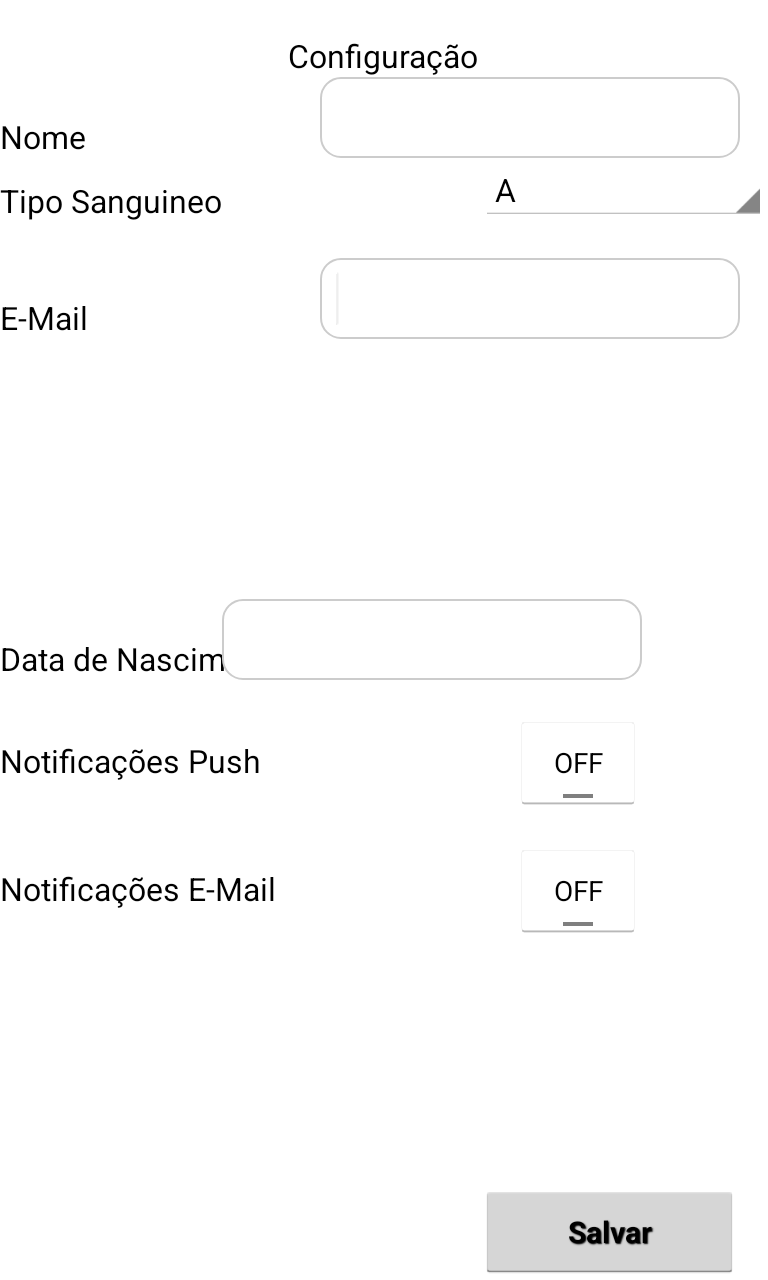
Repository: RafaDeschain/DoarSP
Layout: doarSP/res/layout/fragment_alterardados.xml
These files come from the project's save history. The layout is drawn as it stood at one moment and after the next save; the edit follows.
It is drawn on a 768 x 1280 px phone screen (xhdpi) without system bars, with theme AppTheme; the app's code is not run.

Above is the layout before, as saved 2014-04-21 18:39:43.

### doarSP/res/layout/fragment_alterardados.xml
<?xml version="1.0" encoding="utf-8"?>
<RelativeLayout xmlns:android="http://schemas.android.com/apk/res/android"
    android:layout_width="match_parent"
    android:layout_height="match_parent">

    <TextView
        android:id="@+id/textView1"
        android:layout_width="wrap_content"
        android:layout_height="wrap_content"
        android:layout_alignParentTop="true"
        android:layout_centerHorizontal="true"
        android:layout_marginTop="17dp"
        android:text="@string/configuracao" />

    <EditText
        android:id="@+id/editText1"
        android:layout_width="wrap_content"
        android:layout_height="wrap_content"
        android:layout_alignParentRight="true"
        android:layout_below="@+id/textView1"
        android:layout_marginRight="14dp"
        android:ems="10"
        android:inputType="textPersonName" />

    <TextView
        android:id="@+id/textView2"
        android:layout_width="wrap_content"
        android:layout_height="wrap_content"
        android:layout_alignBottom="@+id/editText1"
        android:layout_alignParentLeft="true"
        android:text="@string/nome" />

    <TextView
        android:id="@+id/textView3"
        android:layout_width="wrap_content"
        android:layout_height="wrap_content"
        android:layout_above="@+id/editText1"
        android:layout_alignParentLeft="true"
        android:layout_below="@+id/textView1"
        android:text="TextView" />

    <Spinner
        android:id="@+id/spinner1"
        android:layout_width="wrap_content"
        android:layout_height="wrap_content"
        android:layout_alignParentRight="true"
        android:layout_below="@+id/editText1"
        android:layout_toRightOf="@+id/textView1"
        android:entries="@array/tipos_Sanguineos"
        android:prompt="@string/sangue_prompt" />

    <TextView
        android:id="@+id/textView4"
        android:layout_width="wrap_content"
        android:layout_height="wrap_content"
        android:layout_alignBottom="@+id/spinner1"
        android:layout_alignParentLeft="true"
        android:text="@string/tpSanguineo" />

    <EditText
        android:id="@+id/editText2"
        android:layout_width="wrap_content"
        android:layout_height="wrap_content"
        android:layout_alignRight="@+id/editText1"
        android:layout_below="@+id/spinner1"
        android:layout_marginTop="18dp"
        android:ems="10"
        android:inputType="textEmailAddress" >

        <requestFocus />
    </EditText>

    <TextView
        android:id="@+id/textView5"
        android:layout_width="wrap_content"
        android:layout_height="wrap_content"
        android:layout_alignBottom="@+id/editText2"
        android:layout_alignParentLeft="true"
        android:text="@string/email" />

    <TextView
        android:id="@+id/textView6"
        android:layout_width="wrap_content"
        android:layout_height="wrap_content"
        android:layout_alignBottom="@+id/editText3"
        android:layout_alignParentLeft="true"
        android:text="@string/dataNascimento" />

    <ToggleButton
        android:id="@+id/toggleButton1"
        android:layout_width="wrap_content"
        android:layout_height="wrap_content"
        android:layout_alignRight="@+id/editText3"
        android:layout_below="@+id/editText3"
        android:layout_marginTop="17dp"
        android:text="ToggleButton" />

    <TextView
        android:id="@+id/textView7"
        android:layout_width="wrap_content"
        android:layout_height="wrap_content"
        android:layout_alignBaseline="@+id/toggleButton1"
        android:layout_alignBottom="@+id/toggleButton1"
        android:layout_alignParentLeft="true"
        android:text="@string/notificacoesPush" />

    <ToggleButton
        android:id="@+id/toggleButton2"
        android:layout_width="wrap_content"
        android:layout_height="wrap_content"
        android:layout_alignRight="@+id/toggleButton1"
        android:layout_below="@+id/toggleButton1"
        android:layout_marginTop="16dp"
        android:text="ToggleButton" />

    <TextView
        android:id="@+id/textView8"
        android:layout_width="wrap_content"
        android:layout_height="wrap_content"
        android:layout_alignBaseline="@+id/toggleButton2"
        android:layout_alignBottom="@+id/toggleButton2"
        android:layout_alignParentLeft="true"
        android:text="@string/NotificaoesEmail" />

    <EditText
        android:id="@+id/editText3"
        android:layout_width="wrap_content"
        android:layout_height="wrap_content"
        android:layout_centerVertical="true"
        android:layout_toRightOf="@+id/textView4"
        android:ems="10"
        android:inputType="date" />

    <Button
        android:id="@+id/button1"
        style="?android:attr/buttonStyleSmall"
        android:layout_width="wrap_content"
        android:layout_height="wrap_content"
        android:layout_alignParentBottom="true"
        android:layout_alignRight="@+id/editText2"
        android:layout_toRightOf="@+id/textView1"
        android:text="@string/salvar"
        android:onClick="onClickPostButton" />

</RelativeLayout>

### doarSP/res/drawable/styles_listview.xml
<?xml version="1.0" encoding="utf-8"?>
<shape xmlns:android="http://schemas.android.com/apk/res/android" >

    <corners android:radius="2dp" />
    <stroke
        android:width="1dp"
        android:color="#cccccc" />
    <solid
        android:color="#FFFFFF"/>
</shape>

### doarSP/res/drawable/styles_edit_text.xml
<?xml version="1.0" encoding="utf-8"?>
<shape xmlns:android="http://schemas.android.com/apk/res/android" >

    <corners android:radius="10dp" />
    <stroke
        android:width="1dp"
        android:color="#cccccc" />
    <solid
        android:color="#FFFFFF"/>
</shape>

### doarSP/res/drawable/button_custom.xml
<?xml version="1.0" encoding="utf-8"?>
<selector xmlns:android="http://schemas.android.com/apk/res/android" >
    <item android:state_pressed="true">
        <shape android:shape="rectangle">
            <corners android:radius="3dip" />
            <stroke android:width="1dip" android:color="#598e96" />
            <gradient android:angle="-90" android:endColor="#7fbac6" android:startColor="#27646c"/>
        </shape>
    </item>
	<item android:state_focused="true">
	    <shape android:shape="rectangle">
	        <corners android:radius="3dip" />
	        <stroke android:width="1dip" android:color="#598e96"/>
	        <solid android:color="#4ea0ab"/>
	    </shape>
	</item>
	<item>
	    <shape android:shape="rectangle">
	        <corners android:radius="3dip" />
	        <stroke android:width="1dip" android:color="#598e96"/>
	        <gradient android:angle="-90" android:endColor="#4ea0ab" android:startColor="#94dcea"/>
	    </shape>
	</item>
</selector>

### doarSP/res/values/strings.xml
<?xml version="1.0" encoding="utf-8"?>
<resources>

    <string name="app_name">doarSP</string>
    <string name="action_settings">Settings</string>
    <string name="version">Beta</string>
	<string name="aboutMe">Aplicação desenvolvida como trabalho de conclusão da Universidade São Judas Tadeu.\nDisponibilizado gratuitamente para uso com o intuito de ajudar as pessoas.\nPossivelmente se houver adesão a ferramenta adicionaremos novas cidades de acordo com a demanda e tempo.</string>
	<string name="signature">Atenciosamente,\nGrupo Nothing Else Matters.</string>
    <string name="dedicatoria">Dedico a uma pessoa muito especial pra mim, sigo seu exemplo em tentar ser uma boa pessoa e fazer bem, te admiro muito Luh, você significa muito pra mim!\nObrigado por ter entrado na minha vida </string>
    <string name="configuracao">Configuração</string>
    <string name="sangue_prompt">Escolha um Tipo Sanguineo</string>
    <string name="nome">Nome</string>
    <string name="tpSanguineo">Tipo Sanguineo</string>
    <string name="email">E-Mail</string>
    <string name="dataNascimento">Data de Nascimento</string>
    <string name="notificacoesPush">Notificações Push</string>
    <string name="NotificaoesEmail">Notificações E-Mail</string>
    <string name="salvar">Salvar</string>

<string name="drawer_open">Slider Menu Opened</string>
    <string name="drawer_close">Slider Menu Closed</string>

    <!-- Nav Drawer Menu Items -->
    <string-array name="nav_drawer_items">
        <item >Principal</item>
        <item >Buscar Doação</item>
        <item >Abrir Solicitação</item>
        <item >Mural</item>
        <item >Buscar Hemocentro</item>
        <item >Informações</item>
        <item >Alterar Dados</item>
    </string-array>

    <!-- Nav Drawer List Item Icons -->
    <!-- Keep them in order as the titles are in -->
    <array name="nav_drawer_icons">
        <item>@drawable/ic_home</item>
        <item>@drawable/ic_people</item>
        <item>@drawable/ic_photos</item>
        <item>@drawable/ic_communities</item>
        <item>@drawable/ic_pages</item>
        <item>@drawable/ic_whats_hot</item>
        <item>@drawable/ic_whats_hot</item>
    </array>

    <!-- Content Description -->
    <string name="desc_list_item_icon">Item Icon</string>

    <string-array name="tipos_Sanguineos">
        <item>A</item>
        <item>A-</item>
        <item>B</item>
        <item>B-</item>
        <item>AB</item>
        <item>AB-</item>
        <item>O</item>
        <item>O-</item>
    </string-array>

</resources>

Loaded but not shown: doarSP/res/values/styles.xml (common file); doarSP/res/values-v11/styles.xml (common file); doarSP/res/values-v14/styles.xml (common file)

After the next save:
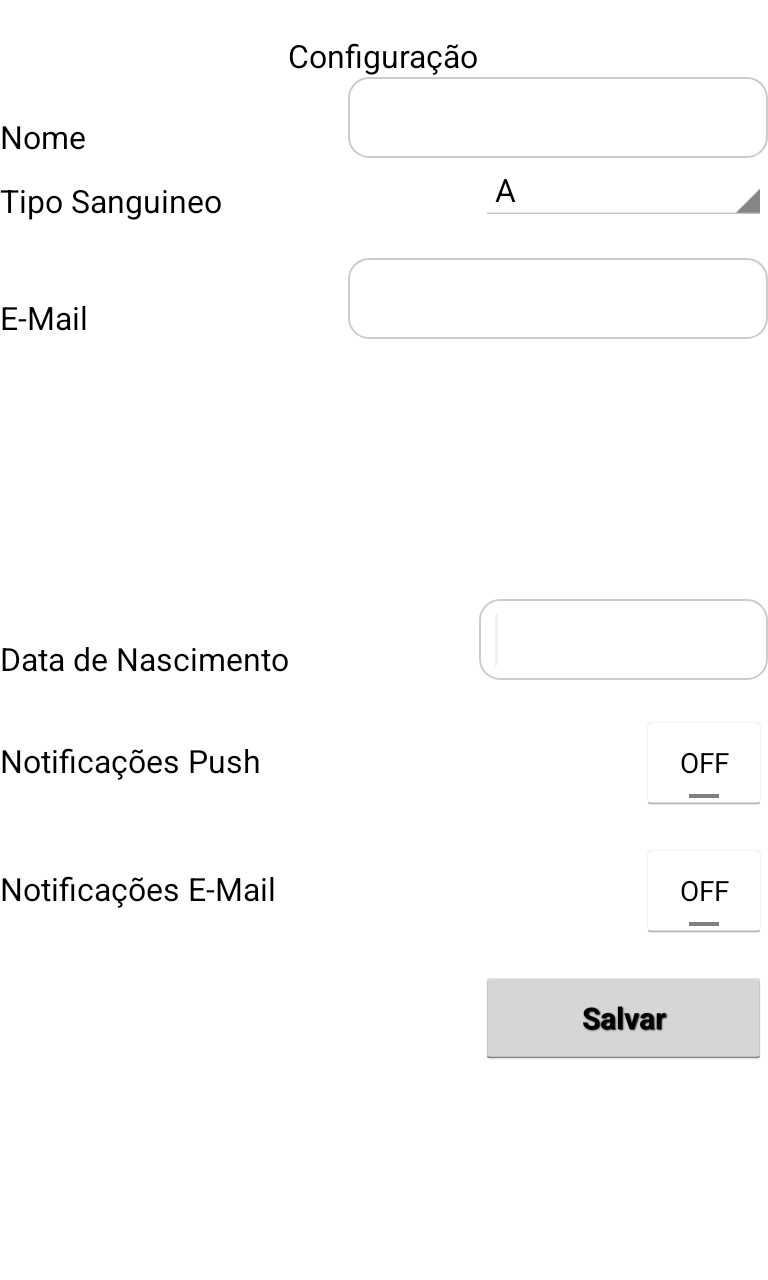
Saved 64 s later.
--- a/doarSP/res/layout/fragment_alterardados.xml
+++ b/doarSP/res/layout/fragment_alterardados.xml
@@ -11,16 +11,6 @@
         android:layout_centerHorizontal="true"
         android:layout_marginTop="17dp"
         android:text="@string/configuracao" />
-
-    <EditText
-        android:id="@+id/editText1"
-        android:layout_width="wrap_content"
-        android:layout_height="wrap_content"
-        android:layout_alignParentRight="true"
-        android:layout_below="@+id/textView1"
-        android:layout_marginRight="14dp"
-        android:ems="10"
-        android:inputType="textPersonName" />
 
     <TextView
         android:id="@+id/textView2"
@@ -56,19 +46,6 @@
         android:layout_alignBottom="@+id/spinner1"
         android:layout_alignParentLeft="true"
         android:text="@string/tpSanguineo" />
-
-    <EditText
-        android:id="@+id/editText2"
-        android:layout_width="wrap_content"
-        android:layout_height="wrap_content"
-        android:layout_alignRight="@+id/editText1"
-        android:layout_below="@+id/spinner1"
-        android:layout_marginTop="18dp"
-        android:ems="10"
-        android:inputType="textEmailAddress" >
-
-        <requestFocus />
-    </EditText>
 
     <TextView
         android:id="@+id/textView5"
@@ -123,23 +100,47 @@
         android:text="@string/NotificaoesEmail" />
 
     <EditText
+        android:id="@+id/editText2"
+        android:layout_width="wrap_content"
+        android:layout_height="wrap_content"
+        android:layout_alignParentRight="true"
+        android:layout_below="@+id/spinner1"
+        android:layout_marginTop="18dp"
+        android:ems="10"
+        android:inputType="textEmailAddress" />
+
+    <EditText
+        android:id="@+id/editText1"
+        android:layout_width="wrap_content"
+        android:layout_height="wrap_content"
+        android:layout_alignParentRight="true"
+        android:layout_below="@+id/textView1"
+        android:ems="10"
+        android:inputType="textPersonName" />
+
+    <EditText
         android:id="@+id/editText3"
         android:layout_width="wrap_content"
         android:layout_height="wrap_content"
+        android:layout_alignLeft="@+id/spinner1"
+        android:layout_alignParentRight="true"
         android:layout_centerVertical="true"
-        android:layout_toRightOf="@+id/textView4"
         android:ems="10"
-        android:inputType="date" />
+        android:inputType="date" >
+
+        <requestFocus />
+    </EditText>
 
     <Button
         android:id="@+id/button1"
         style="?android:attr/buttonStyleSmall"
         android:layout_width="wrap_content"
         android:layout_height="wrap_content"
-        android:layout_alignParentBottom="true"
-        android:layout_alignRight="@+id/editText2"
+        android:layout_alignParentRight="true"
+        android:layout_below="@+id/toggleButton2"
+        android:layout_marginTop="16dp"
         android:layout_toRightOf="@+id/textView1"
-        android:text="@string/salvar"
-        android:onClick="onClickPostButton" />
+        android:onClick="onClickPostButton"
+        android:text="@string/salvar" />
 
 </RelativeLayout>
